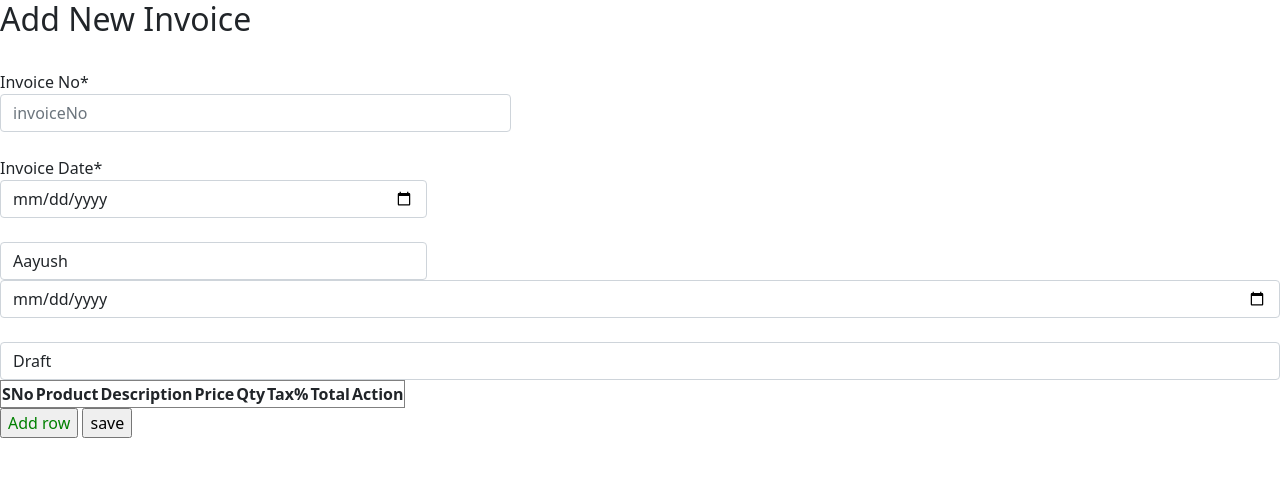
Repository: Aayush13013/Invoice_Management_app
Page: http://localhost/invoiceInfo/WEB-INF/jsp/new_invoiceInfo.jsp
The author's editor kept a copy of each file at every save. The page is drawn from the files as they stood at one save, then again after a run of saves.
The browser window is 1280 px wide. The pictures show the whole page.
The page is served by Tomcat 9. Nobody is signed in. Other server files are loaded and not shown. The template is opened directly, without the code that normally fills it, so the values that code supplies are empty.

Above is the page before, as saved 2021-12-27 16:05:42.

### invoiceInfo/invoiceInfo/src/main/webapp/WEB-INF/jsp/new_invoiceInfo.jsp
<%@ page language="java" contentType="text/html; charset=ISO-8859-1"
	pageEncoding="ISO-8859-1"%>
<%@ taglib prefix="form" uri="http://www.springframework.org/tags/form"%>
<%@ taglib prefix="c" uri="http://java.sun.com/jsp/jstl/core"%>


<!DOCTYPE html>
<html>

<head>
<meta charset="ISO-8859-1">
<title>Add New Invoice</title>
<link
	href="https://cdn.jsdelivr.net/npm/bootstrap@5.0.2/dist/css/bootstrap.min.css"
	rel="stylesheet"
	integrity="sha384-EVSTQN3/azprG1Anm3QDgpJLIm9Nao0Yz1ztcQTwFspd3yD65VohhpuuCOmLASjC"
	crossorigin="anonymous">


</head>

<body>
	<script>
		function addRows(id) {
			var table = document.getElementById(id);
			var array = [ "Computer", "Mobile", "PenDrive", "Mouse" ];

			var rowCount = table.rows.length;
			var row = table.insertRow(rowCount);
			var counts = rowCount - 1;

			var cell0 = row.insertCell(0);
			cell0.innerHTML = rowCount;

			var cell1 = row.insertCell(1);
			var element1 = document.createElement("select");
			element1.name = "listOfProducts[" + counts + "].productName";
			for (var i = 0; i < array.length; i++) {
				var option = document.createElement("option");
				option.value = array[i];
				option.text = array[i];
				element1.appendChild(option);
			}
			cell1.appendChild(element1);

			var cell2 = row.insertCell(2);
			var element2 = document.createElement("textarea");
			element2.type = "text";
			element2.name = "listOfProducts[" + counts + "].description";
			cell2.appendChild(element2);

			var cell3 = row.insertCell(3);
			var element3 = document.createElement("input");
			element3.type = "number";
			element3.name = "listOfProducts[" + counts + "].price";
			cell3.appendChild(element3);

			var cell4 = row.insertCell(4);
			var element4 = document.createElement("input");
			element4.type = "number";
			element4.name = "listOfProducts[" + counts + "].qty";
			cell4.appendChild(element4);

			var cell5 = row.insertCell(5);
			var element5 = document.createElement("input");
			element5.type = "number";
			element5.name = "listOfProducts[" + counts + "].taxPercent";
			cell5.appendChild(element5);

			var cell6 = row.insertCell(6);
			var element6 = document.createElement("input");
			element6.type = "number";
			element6.name = "listOfProducts[" + counts + "].total";
			cell6.appendChild(element6);

		}
	</script>


	<h2>Add New Invoice</h2>
	<br>



	<form:form action="/saveInvoice" modelAttribute="invoiceInfo"
		method="POST">
		<form:hidden path="id" placeholder="id"
			class="form-control mb-4 col-4" />
		<div class="form-row">
			<div class="form-group col-md-2">
				<label>Invoice No*</label>
			</div>
			<div class="form-group col-md-4">
				<form:input type="text" path="invoiceNo" placeholder="invoiceNo"
					class="form-control mb-4 col-4" style="width:511px;" />
			</div>
			<div class="form-group col-md-2">
				<label>Invoice Date*</label>

			</div>
			<div class="form-group col-md-4">
				<form:input type="date" path="invoiceDate" placeholder="invoiceDate"
					class="form-control mb-4 col-4" />
			</div>
		</div>
		<div class="form-row">
			<div class="form-group col-md-4">
				<form:select path="billTo" class="form-control"
					required="required">
					<optgroup label="Select_Customer">
						<form:option value="Aayush"></form:option>
						<form:option value="Shridhar"></form:option>
						<form:option value="Suneel"></form:option>
						<form:option value="Lekhana"></form:option>
					</optgroup>
				</form:select>
			</div>

			<div class="form-group ">
				<form:input type="date" path="dueDate" placeholder="dueDate"
					class="form-control mb-4 col-4" />
			</div>
		</div>
		<div class="form-row">
			<form:select path="status" class="form-control ">
				<optgroup label="Select_Status">
					<form:option value="Draft"></form:option>
					<form:option value="Sent"></form:option>
					<form:option value="Paid"></form:option>
				</optgroup>
			</form:select>
		</div>




		<table id="myTable" border="1">
			<thead>
				<tr>
					<th>SNo</th>
					<th>Product</th>
					<th>Description</th>
					<th>Price</th>
					<th>Qty</th>
					<th>Tax%</th>
					<th>Total</th>
					<th>Action</th>
				</tr>

			</thead>

		</table>
		<input type="button" value="Add row" onclick="addRows('myTable')"
			style="color: green;" />
		<input type="submit" value="save" />
	</form:form>
</body>

</html>

After the next 2 saves:
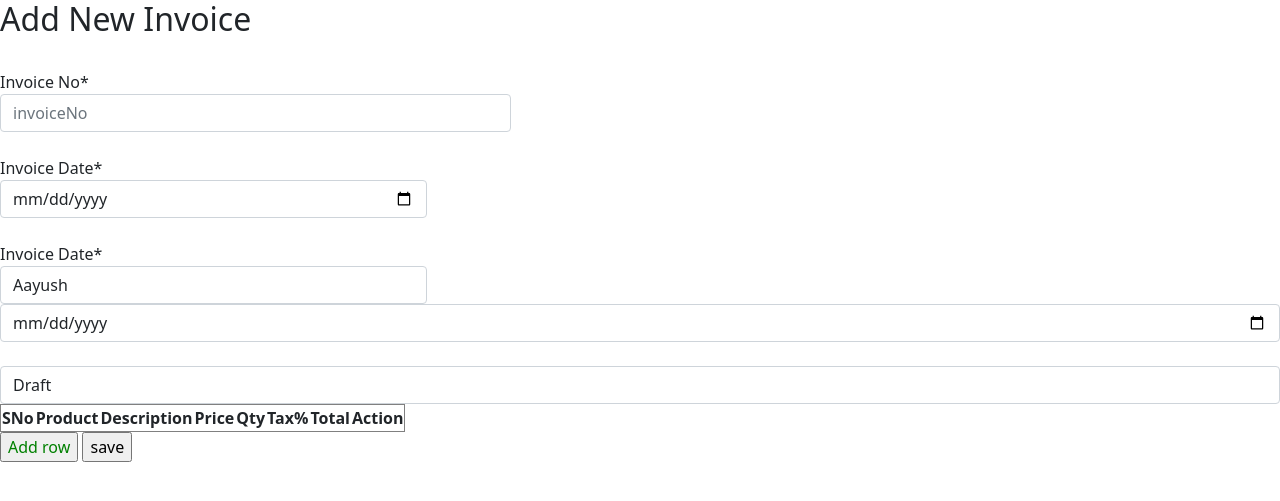
The 2 saves are shown as one change because they came seconds apart.
The last was saved 50 s later.
--- a/invoiceInfo/invoiceInfo/src/main/webapp/WEB-INF/jsp/new_invoiceInfo.jsp
+++ b/invoiceInfo/invoiceInfo/src/main/webapp/WEB-INF/jsp/new_invoiceInfo.jsp
@@ -104,6 +104,10 @@
 			</div>
 		</div>
 		<div class="form-row">
+			<div class="form-group col-md-2">
+				<label>Invoice Date*</label>
+
+			</div>
 			<div class="form-group col-md-4">
 				<form:select path="billTo" class="form-control"
 					required="required">
